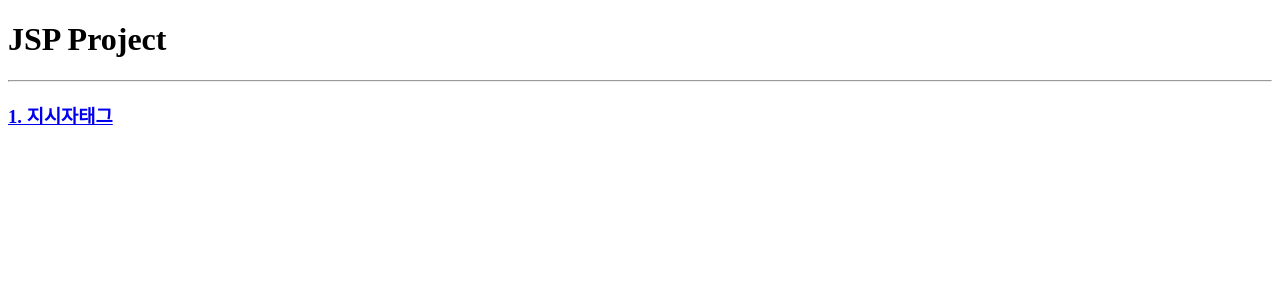
Repository: ParkHyeonju12/servlet
Page: web-workspace/04_jspProject/src/main/webapp/index.html
The author's editor kept a copy of each file at every save. The page is drawn from the files as they stood at one save, then again after the next save.
The browser window is 1280 px wide. The pictures show the whole page.

Above is the page before, as saved 2022-08-30 06:07:30.

### web-workspace/04_jspProject/src/main/webapp/index.html
<!DOCTYPE html>
<html>
<head>
<meta charset="UTF-8">
<title>Insert title here</title>
</head>
<body>
	<h1>JSP Project</h1>
	<hr>
	<h3><a href="/jsp/directiveTag.jsp">1. 지시자태그</a></h3>
</body>
</html>

After the next save:
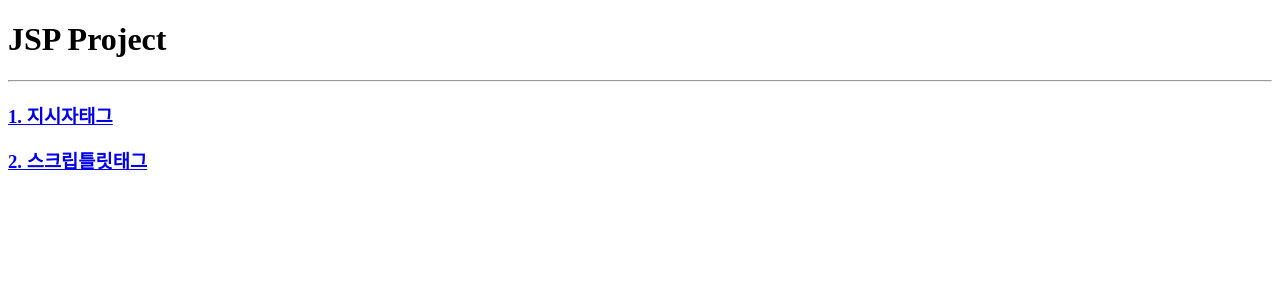
Saved 105 s later.
--- a/web-workspace/04_jspProject/src/main/webapp/index.html
+++ b/web-workspace/04_jspProject/src/main/webapp/index.html
@@ -8,5 +8,6 @@
 	<h1>JSP Project</h1>
 	<hr>
 	<h3><a href="/jsp/directiveTag.jsp">1. 지시자태그</a></h3>
+	<h3><a href="/jsp/scriptletTag.jsp">2. 스크립틀릿태그</a></h3>
 </body>
 </html>
